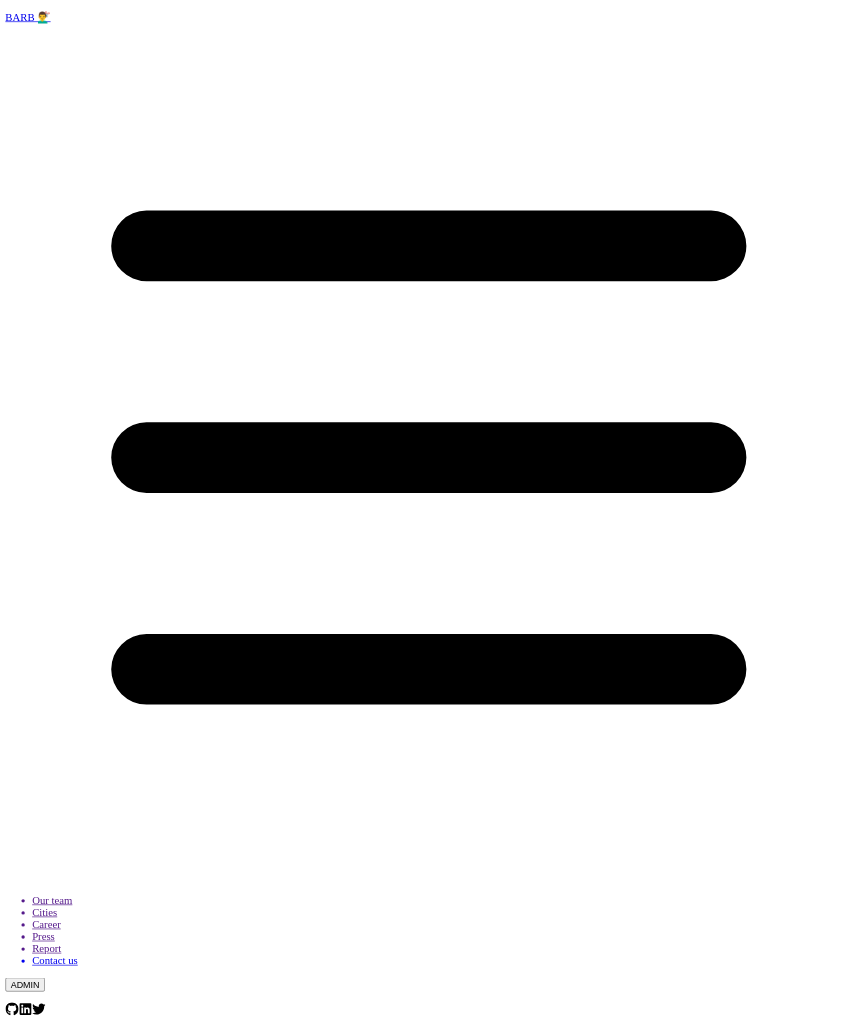
Repository: MinorLeopard/barbweb
Page: /ourteam
These files come from the project's save history. The page is drawn as it stood at one moment and after the next save; the edit follows.
The browser window is 1280 px wide. The pictures show the whole page, at 67% of full size.
The project was rebuilt for these pictures with package versions that can differ from the ones it lists, and the page was loaded fresh each time. The framework's server and built-in components were replaced by stand-ins that run in the browser. Also part of the build but not shown: components/Dropdown.tsx.

Above is the page before, as saved 2021-12-19 23:44:13.

### pages/_app.js
import 'tailwindcss/tailwind.css'
import Navbar from '../components/Navbar'

function MyApp({ Component, pageProps }) {

  return <>
  <Navbar/>
  <Component {...pageProps} />
  </>
}

export default MyApp

### pages/ourteam.js
import CardComponent from "../components/CardComponent"

const ourteam = () => {
    return (
        <div>
            <CardComponent/>
        </div>
    )
}

export default ourteam

### components/Navbar.js
import { MenuIcon } from '@heroicons/react/outline'
import { useState } from 'react'
import Link from 'next/link'
import Dropdown from './Dropdown.tsx'

const Navbar = () => {
  const [drop, setDrop] = useState(false)
  return (
    <nav className="p-3 sticky bg-white mb-2 z-[99] top-0  flex  max-w-full min-w-max w-full justify-between md:justify-evenly items-center   ">
      <div>
        <Link href="/">
          <p className="text-4xl cursor-pointer">BARB 💇‍♂️</p>
        </Link>
      </div>
      <div>
        <div className="flex flex-col md:hidden">
          <MenuIcon
            onClick={() => {
              if (drop == true) {
                setDrop(false)
              } else {
                setDrop(true)
              }
            }}
            className="transition-all transform cursor-pointer h-7 w-7 md:hidden"
          />
          <div className="">{drop ? <Dropdown /> : null}</div>
        </div>

        <ul className="hidden space-x-5 md:flex">
          <a href="">
            <li className="transition-all duration-150 transform hover:scale-105 hover:underline">
              Our team
            </li>
          </a>
          <a href="">
            <li className="transition-all duration-150 transform hover:scale-105 hover:underline">
              Cities
            </li>
          </a>
          <a href="">
            <li className="transition-all duration-150 transform hover:scale-105 hover:underline">
              Career
            </li>
          </a>
          <a href="">
            <li className="transition-all duration-150 transform hover:scale-105 hover:underline">
              Press
            </li>
          </a>
          <a href="">
            <li className="transition-all duration-150 transform hover:scale-105 hover:underline">
              Report
            </li>
          </a>

          <a href="/contactUs">
            <li className="transition-all duration-150 transform hover:scale-105 hover:underline">
              Contact us
            </li>
          </a>
        </ul>
      </div>

      <div>
        <a href="/login" className="">
        <button class="bg-gray-500 hover:bg-gray-700 text-white font-bold py-2 px-4 rounded">
  ADMIN
</button>
        </a>
      </div>
    </nav>
  )
}

export default Navbar

### components/CardComponent.js
import React from 'react';
import { FaGithub, FaLinkedin, FaTwitter, GitHub } from "react-icons/fa";

function CardComponent(props) {
    return (
        <div>
            <div className="w-64 h-72 bg-gray-600 overflow-hidden flex flex-col justify-end" >
                <div className="bg-gray-200 h-36 w-96 transform -ml-12 -rotate-6
                translate-y-12 lg:translate-y-32 lg:transition-all lg:duration-75 lg:ease-linear lg:hover:translate-y-12">
                    <div className="transform rotate-6 p-5 ml-12 flex flex-row justify-between w-64">
                        <div>
                            <p className="font-bold text-2xl">{props.name}</p>
                            <p className="">{props.jobTitle}</p>
                        </div>
                        <div className="flex flex-col gap-2.5 -mt-5 lg:gap-1.5 lg:-mt-1 ">
                            <FaGithub fontSize="20px" cursor="pointer" className="lg:hover:text-gray-500"/>
                            <FaLinkedin fontSize="20px" cursor="pointer" className="lg:hover:text-blue-600"/>
                            <FaTwitter fontSize="20px" cursor="pointer" className="lg:hover:text-blue-300"/>
                        </div>
                    </div>
                </div>
            </div>
        </div>
    )
}

export default CardComponent;

### components/CardDisplay.js
import React from "react";
import CardComponent from "./CardComponent";

function CardDisplay() {
    return (
        <div className="mb-5 flex flex-col items-center mt-12 gap-10 lg:flex-row lg:justify-center lg:w-10/12 lg:ml-auto lg:mr-auto">
            <CardComponent
                name="Mary Jane"
                jobTitle="Web Developer"
            />
            <CardComponent
                name="Mary Jane"
                jobTitle="Web Developer"
            />
            <CardComponent
                name="Mary Jane"
                jobTitle="Web Developer"
            />
            <CardComponent
                name="Mary Jane"
                jobTitle="Web Developer"
            />
            <CardComponent
                name="Mary Jane"
                jobTitle="Web Developer"
            />
        </div>
    )
}

export default CardDisplay;

After the next save:
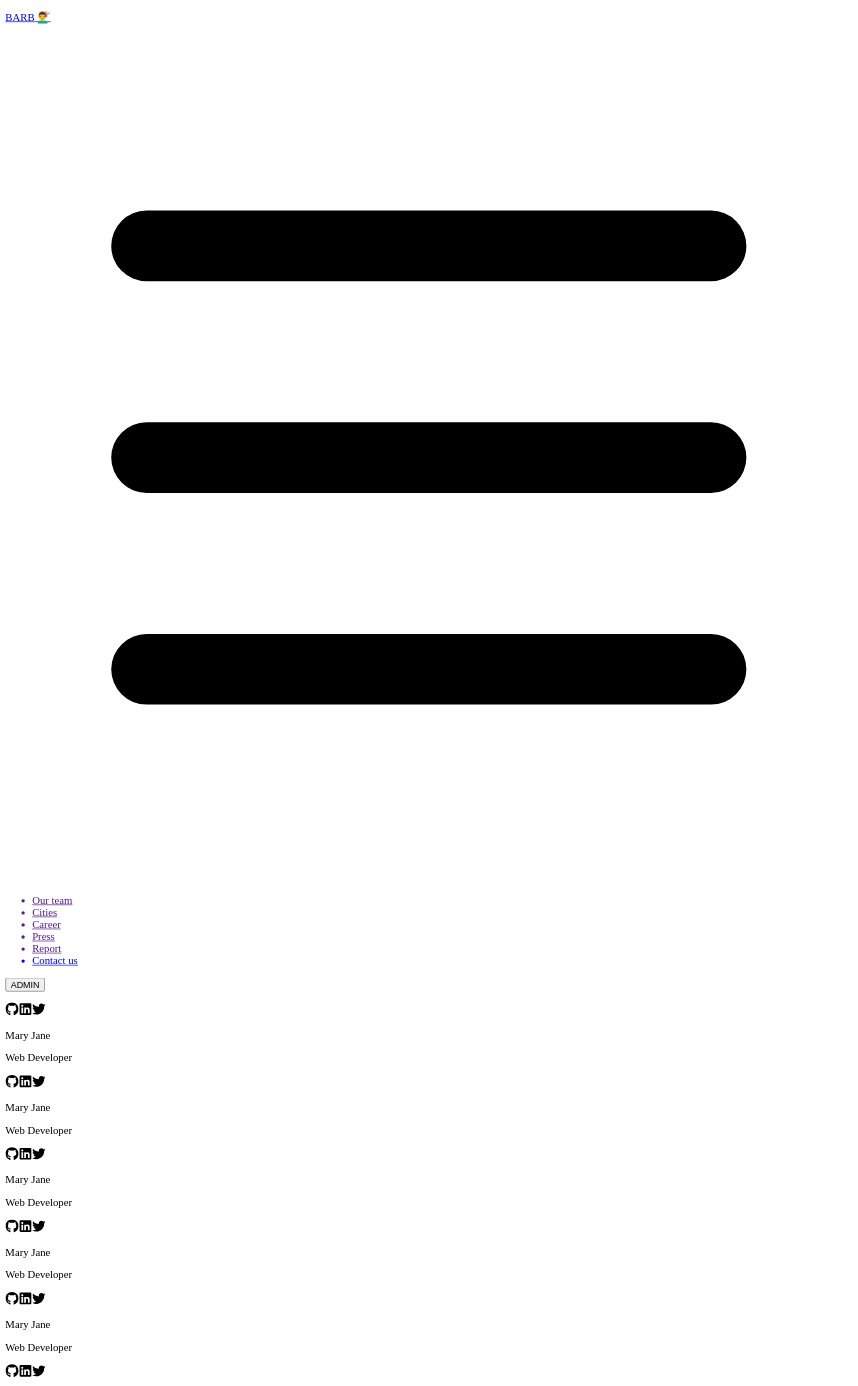
Saved 40 s later.
--- a/pages/ourteam.js
+++ b/pages/ourteam.js
@@ -1,9 +1,11 @@
 import CardComponent from "../components/CardComponent"
+import CardDisplay from "../components/CardDisplay"
 
 const ourteam = () => {
     return (
         <div>
             <CardComponent/>
+            <CardDisplay/>
         </div>
     )
 }
